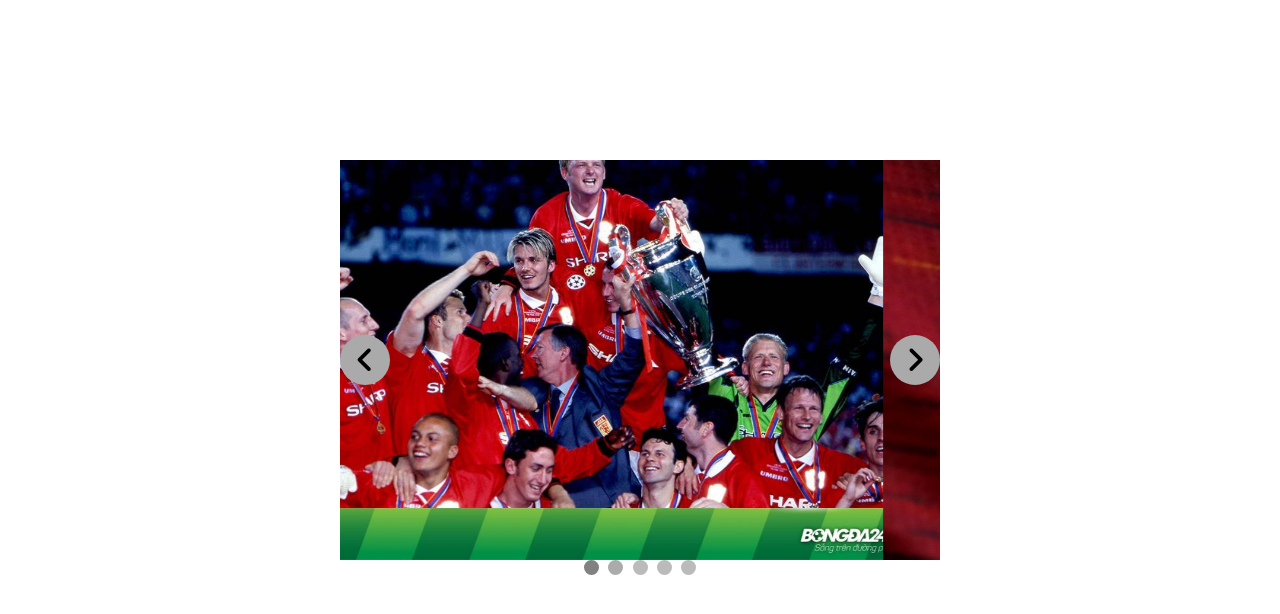
Repository: HoanTiny/slideShow
Page: index.html
These files come from the project's save history. The page is drawn as it stood at one moment and after the next save; the edit follows.
The browser window is 1280 px wide. The pictures show the whole page.
Some web libraries are served in a nearby version.

Above is the page before, as saved 2022-08-19 10:24:34.

After the next save:
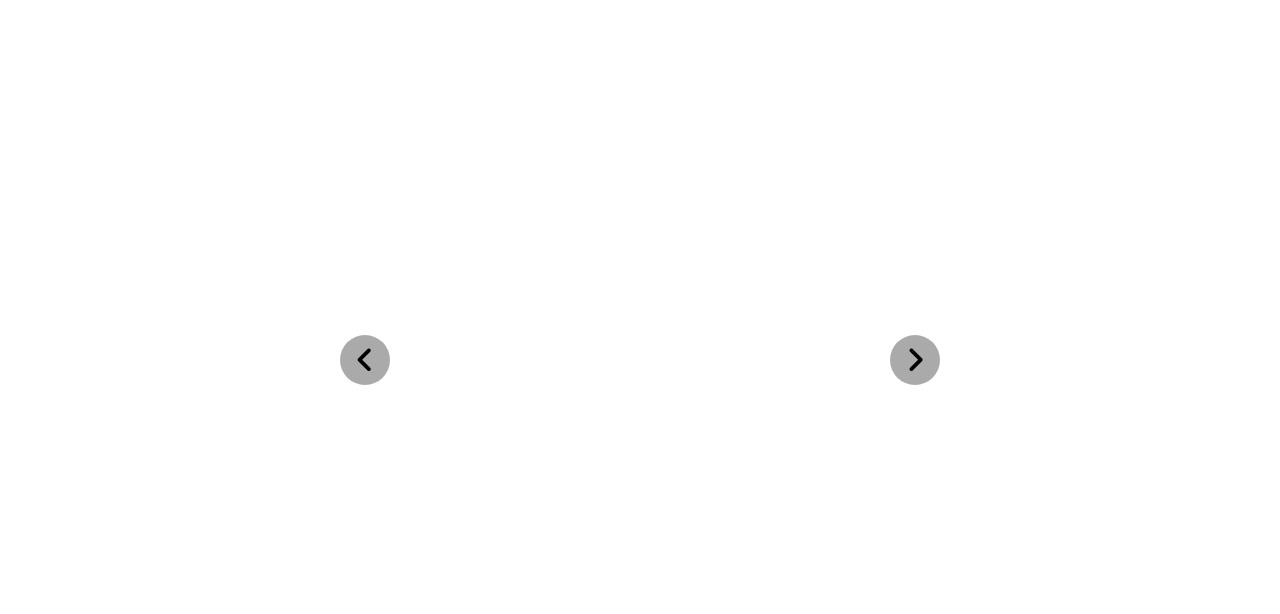
Console error: TypeError: Cannot read properties of null (reading 'style')
Saved 4 s later.
--- a/index.html
+++ b/index.html
@@ -18,24 +18,24 @@
                 onclick="transferSlides(-1);"
             ></i>
             <div class="slider-main">
-                <div class="slides">
+                <!-- <div class="slides">
                     <img src="./acssets/img/mU.jpg" alt="" class="slide" />
                     <img src="./acssets/img/logo.jpg" alt="" class="slide" />
                     <img src="./acssets/img/manU.jpg" alt="" class="slide" />
                     <img src="./acssets/img/logo.jpg" alt="" class="slide" />
                     <img src="./acssets/img/mU.jpg" alt="" class="slide" />
-                </div>
+                </div> -->
             </div>
             <i
                 class="fa fa-angle-right right-btn"
                 onclick="transferSlides(1)"
             ></i>
             <div style="text-align: center" class="dot-main">
+                <!-- <span class="dot"></span>
                 <span class="dot"></span>
                 <span class="dot"></span>
                 <span class="dot"></span>
-                <span class="dot"></span>
-                <span class="dot"></span>
+                <span class="dot"></span> -->
             </div>
         </div>
 
